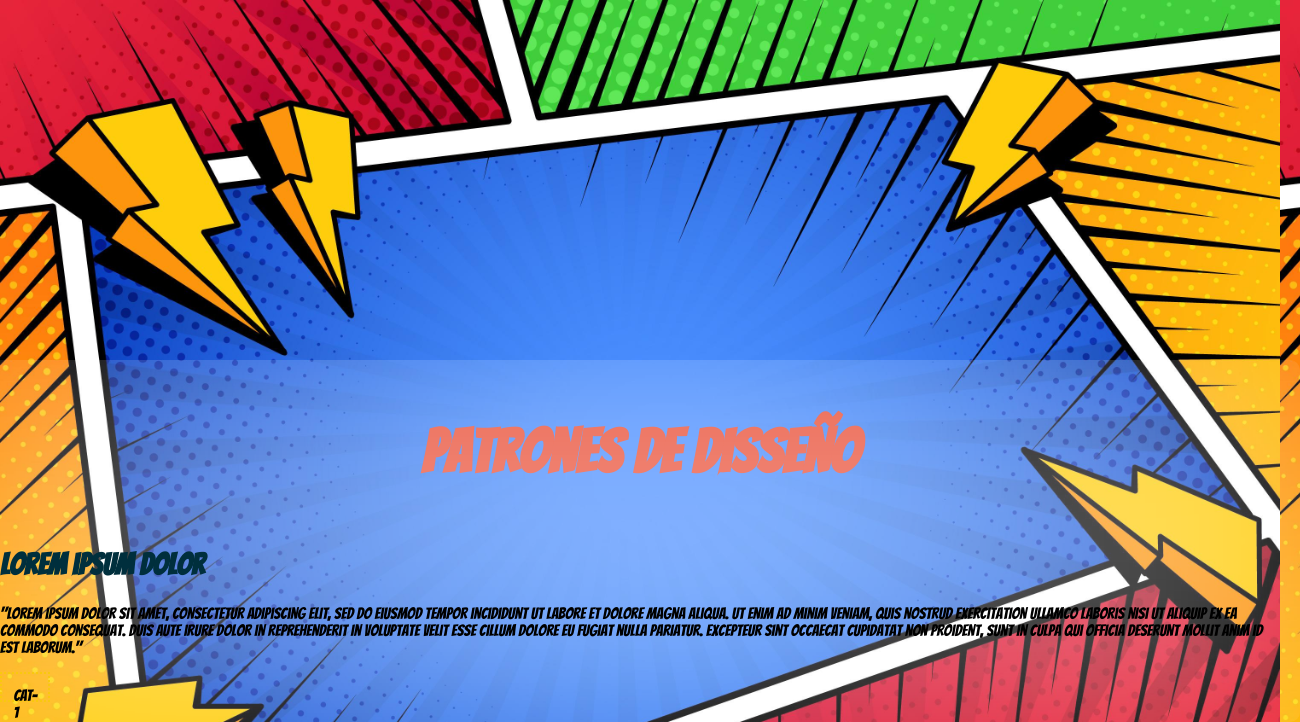
Repository: nrsWebs/design-pattern-es
Page: index.html
An editor plug-in stored every save of this project. The page is shown before and after the next save, followed by the edit.
The browser window is 1280 px wide. The page is 1300 px wide, so the pictures cover 1300 px, including what lies to the right of the window. The pictures show the whole page.
Backgrounds fixed to the window are drawn as part of the page.

Above is the page before, as saved 2021-02-06 19:53:41.

After the next save:
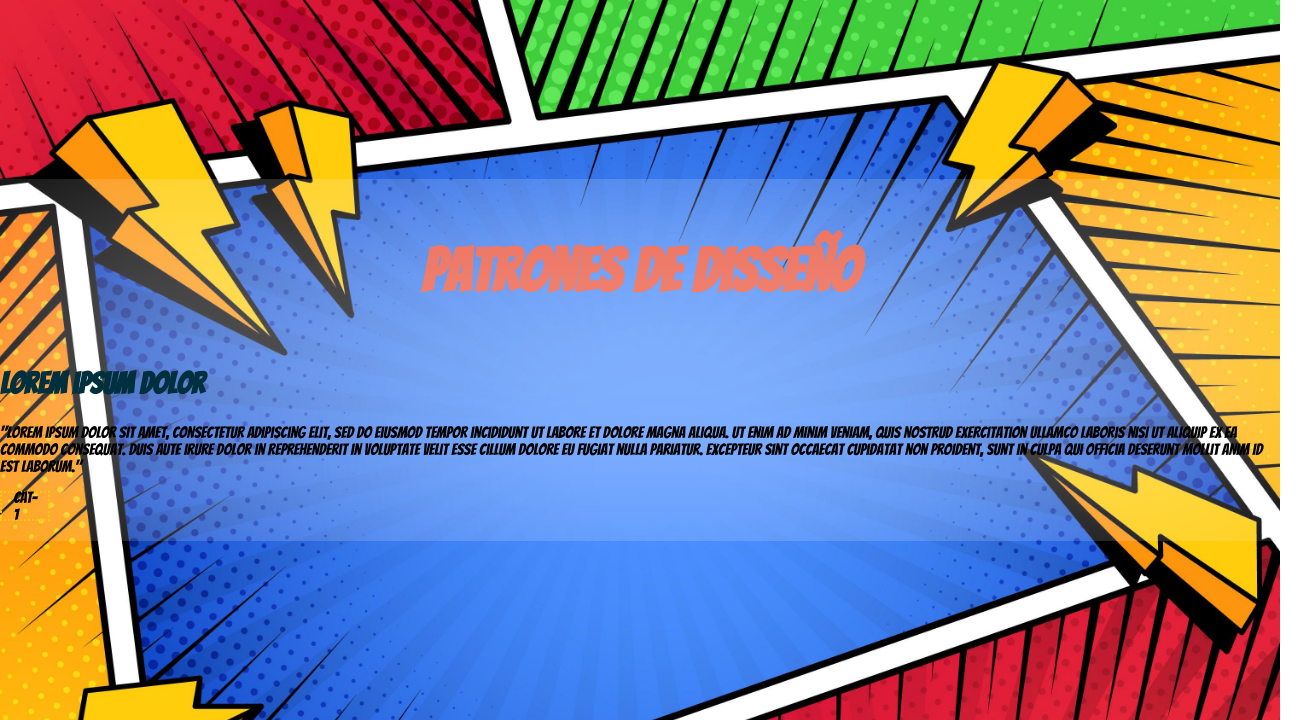
Saved 2 min 34 s later.
--- a/source/main.css
+++ b/source/main.css
@@ -45,8 +45,7 @@ h2{
     position: absolute;
     top: 50%;
     left: 50%;
-    transform: translateY(-50%);
-    transform: translateX(-50%);
+    transform: translate(-50%, -50%);
     overflow: hidden;
     border-radius: 10px;
 }
@@ -65,8 +64,7 @@ h2{
     position: absolute;
     top: 50%;
     left: 50%;
-    transform: translateY(-50%);
-    transform: translateX(-50%);
+    transform: translate(-50%, -50%);
 }
 /* GLASS EFFECT */
 .glass{
